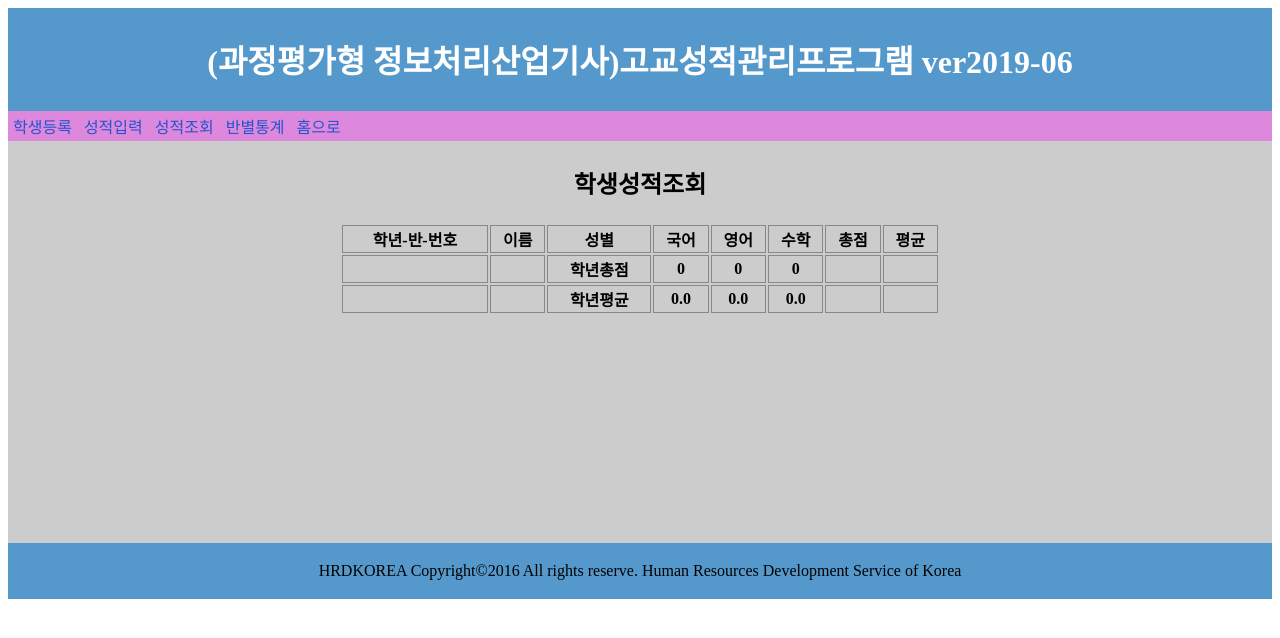
Repository: bolbbal/jdbc
Page: http://localhost/cbq_99/sub3.jsp
These files come from the project's save history. The page is drawn as it stood at one moment and after a run of saves; the edit follows.
The browser window is 1280 px wide. The pictures show the whole page.
The page is served by Tomcat 9. Queries for data that is not in the repository find no rows.

Above is the page before, as saved 2024-08-26 08:05:22.

After the next 2 saves:
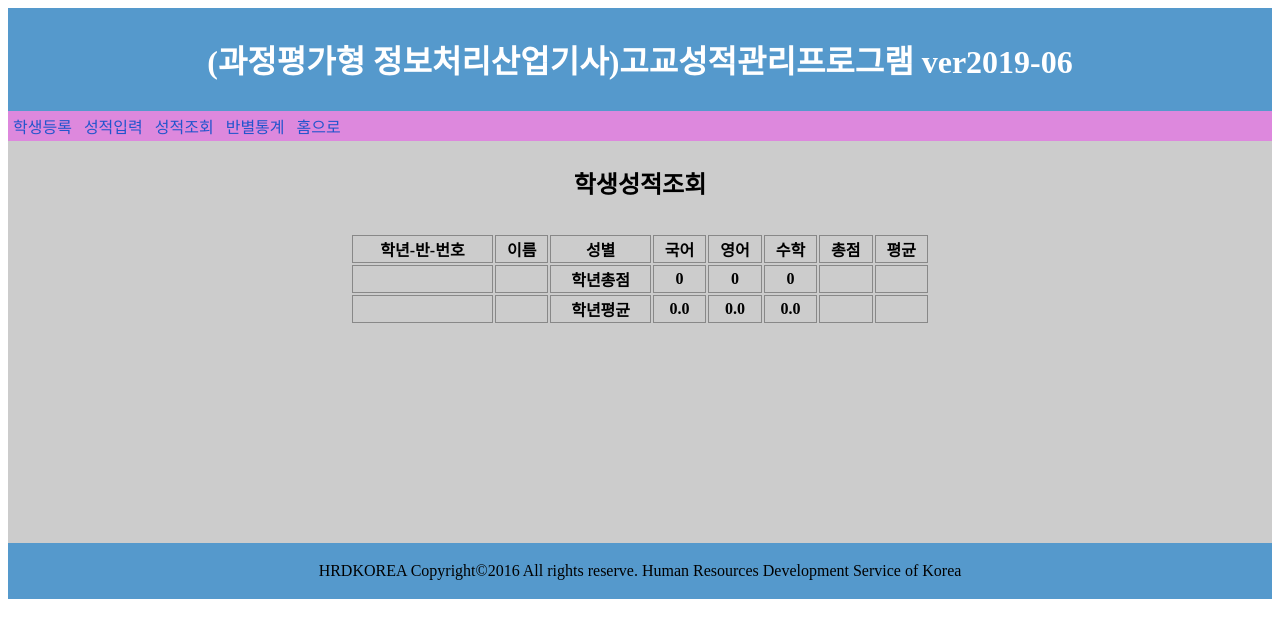
The 2 saves are shown as one change because they came seconds apart.
The last was saved 93 s later.
--- a/javastudy18/jspStudy/cbq_99/cbq_99/WebContent/sub3.jsp
+++ b/javastudy18/jspStudy/cbq_99/cbq_99/WebContent/sub3.jsp
@@ -70,6 +70,7 @@
 	margin: 0 auto;
 	text-align:center;
 	width: 600px;
+	padding: 10px;
 }
 </style>
 
